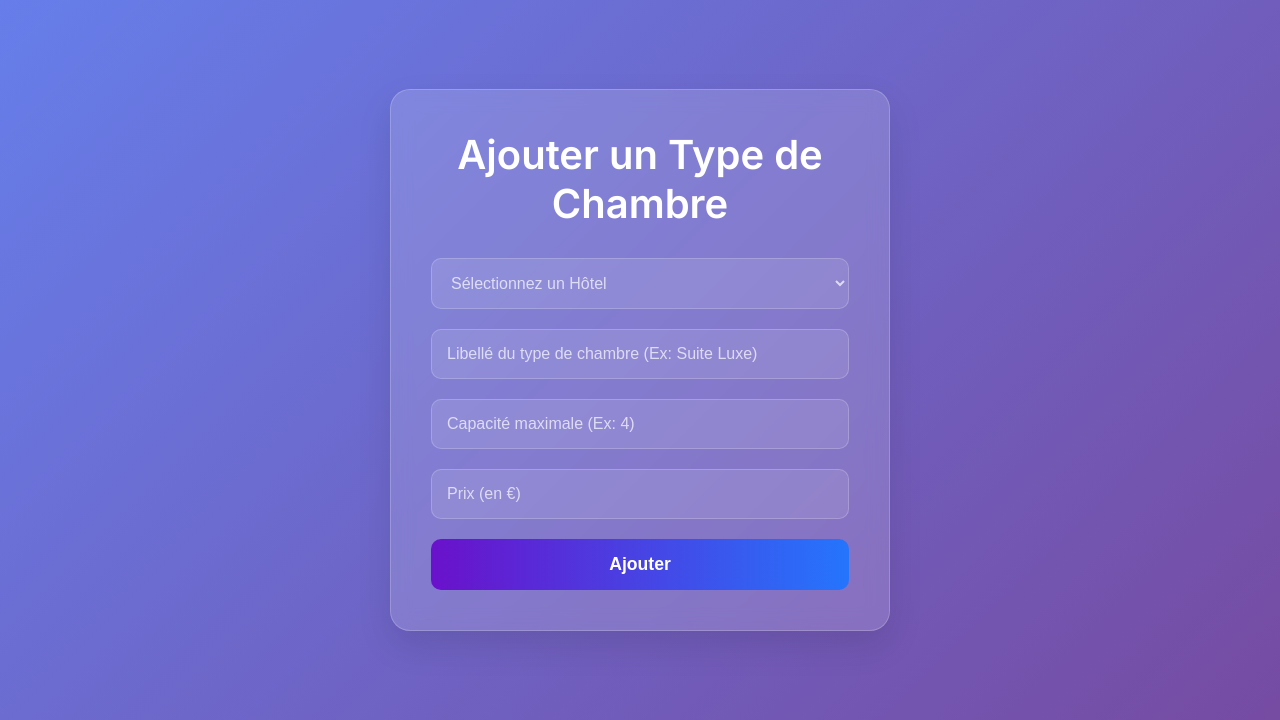
Repository: ToumiFourat/HotelManagementt
Page: http://localhost/Hotell/AddRoomTypeServlet
The author's editor kept a copy of each file at every save. The page is drawn from the files as they stood at one save, then again after the next save.
The browser window is 1280 px wide. The pictures show the whole page.
The page is served by Tomcat 10. Queries for data that is not in the repository find no rows.

Above is the page before, as saved 2024-12-17 21:07:44.

After the next save:
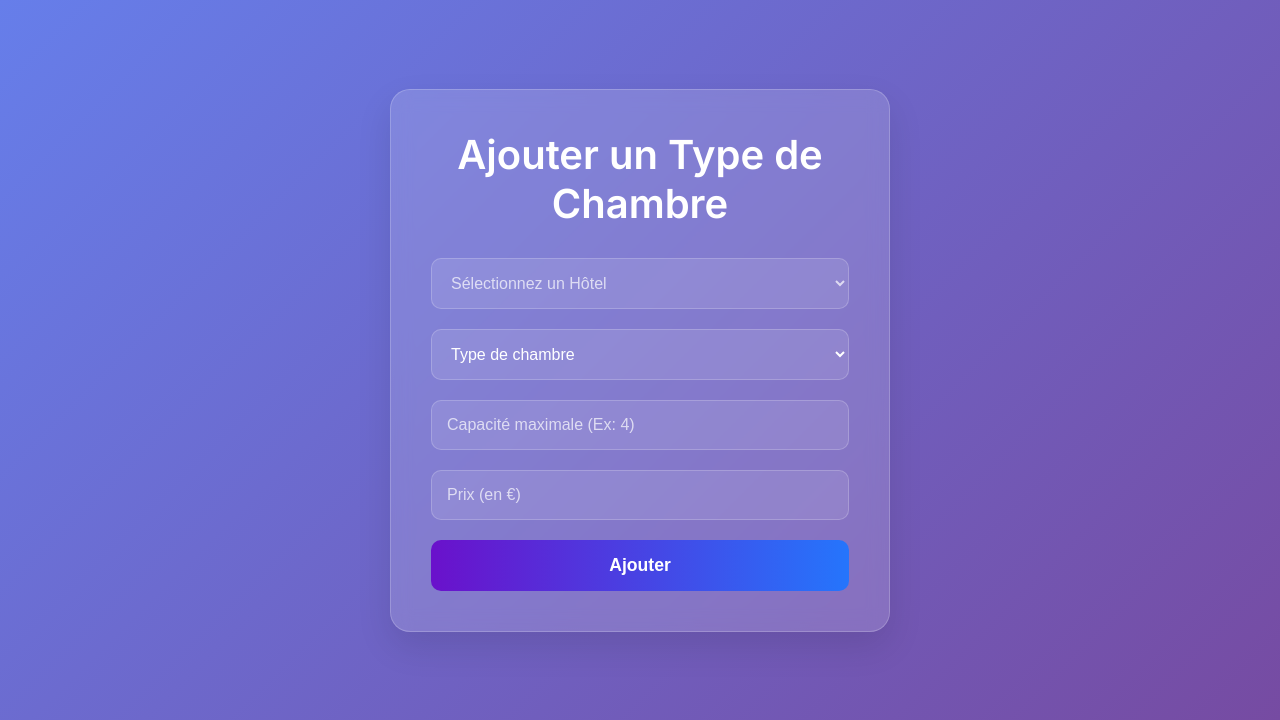
Saved 90 s later.
--- a/Hotell/src/main/webapp/views/addRoomType.jsp
+++ b/Hotell/src/main/webapp/views/addRoomType.jsp
@@ -91,6 +91,14 @@
         .form-button:hover {
             opacity: 0.9;
         }
+        .form-select option {
+    color: #000; /* Texte noir pour les options */
+    background-color: #fff; /* Fond blanc pour une meilleure visibilité */
+}
+.form-input option{
+            color: #000;
+            background-color: #fff;
+        }
     </style>
 </head>
 <body>
@@ -120,14 +128,20 @@
             </select>
 
             <!-- Libellé du type de chambre -->
-            <input
-                type="text"
-                class="form-input"
-                id="label"
-                name="label"
-                placeholder="Libellé du type de chambre (Ex: Suite Luxe)"
-                required
-            >
+            </select>
+
+            <!-- Room Type -->
+            <select
+    class="form-input"
+    id="label"
+    name="label"
+    required
+>
+    <option value="" disabled ${param.label == null ? 'selected' : ''}>Type de chambre</option>
+    <option value="standard" ${param.label == 'standard' ? 'selected' : ''}>Chambre Standard</option>
+    <option value="deluxe" ${param.label == 'deluxe' ? 'selected' : ''}>Chambre Deluxe</option>
+    <option value="suite" ${param.label == 'suite' ? 'selected' : ''}>Suite</option>
+</select>
 
             <!-- Capacité maximale -->
             <input
